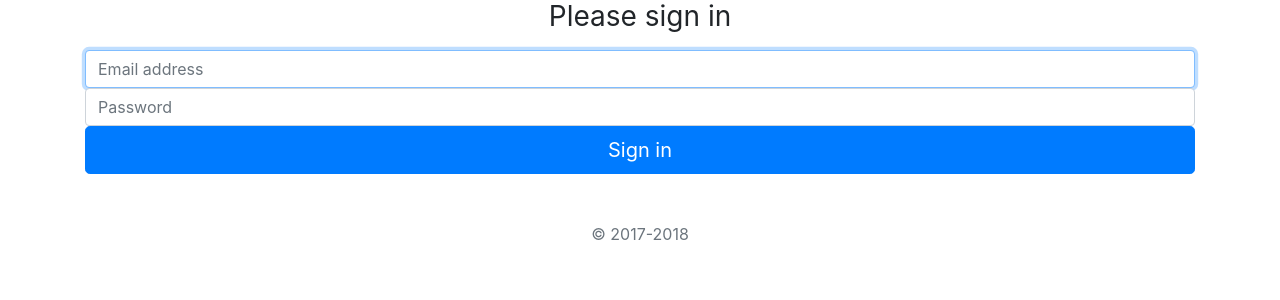
Repository: Yodilicious/PROG3060Assignment1
Page: http://localhost/PROG3060Assignment1JV/
These files come from the project's save history. The page is drawn as it stood at one moment and after the next save; the edit follows.
The browser window is 1280 px wide. The pictures show the whole page.
Some web libraries are served in a nearby version. The page is served by Tomcat 9.

Above is the page before, as saved 2018-02-19 03:05:18.

After the next save:
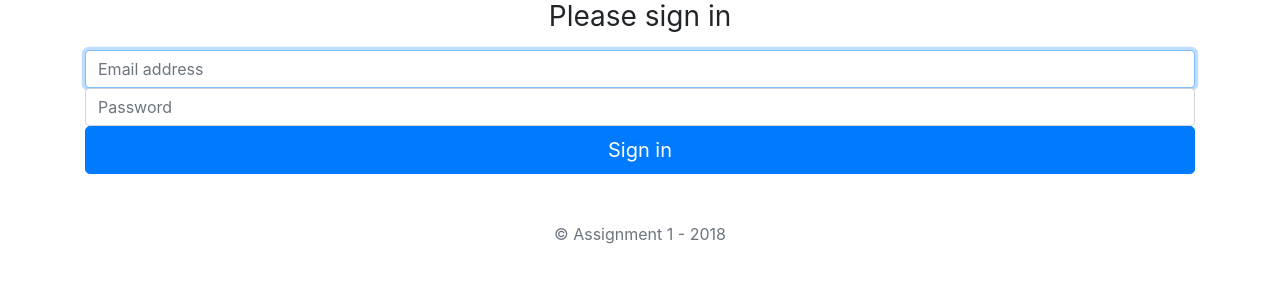
Saved 21 min 44 s later.
--- a/PROG3060Assignment1JV/WebContent/html/Login.jsp
+++ b/PROG3060Assignment1JV/WebContent/html/Login.jsp
@@ -18,7 +18,7 @@
 	      <label for="inputPassword" class="sr-only">Password</label>
 	      <input type="password" id="inputPassword" class="form-control" placeholder="Password" required>
 	      <button class="btn btn-lg btn-primary btn-block" type="submit">Sign in</button>
-	      <p class="mt-5 mb-3 text-muted">&copy; 2017-2018</p>
+	      <p class="mt-5 mb-3 text-muted">&copy; Assignment 1 - 2018</p>
 	    </form>
 	</div>
 	<script src="https://code.jquery.com/jquery-3.2.1.slim.min.js" integrity="sha384-KJ3o2DKtIkvYIK3UENzmM7KCkRr/rE9/Qpg6aAZGJwFDMVNA/GpGFF93hXpG5KkN" crossorigin="anonymous"></script>
